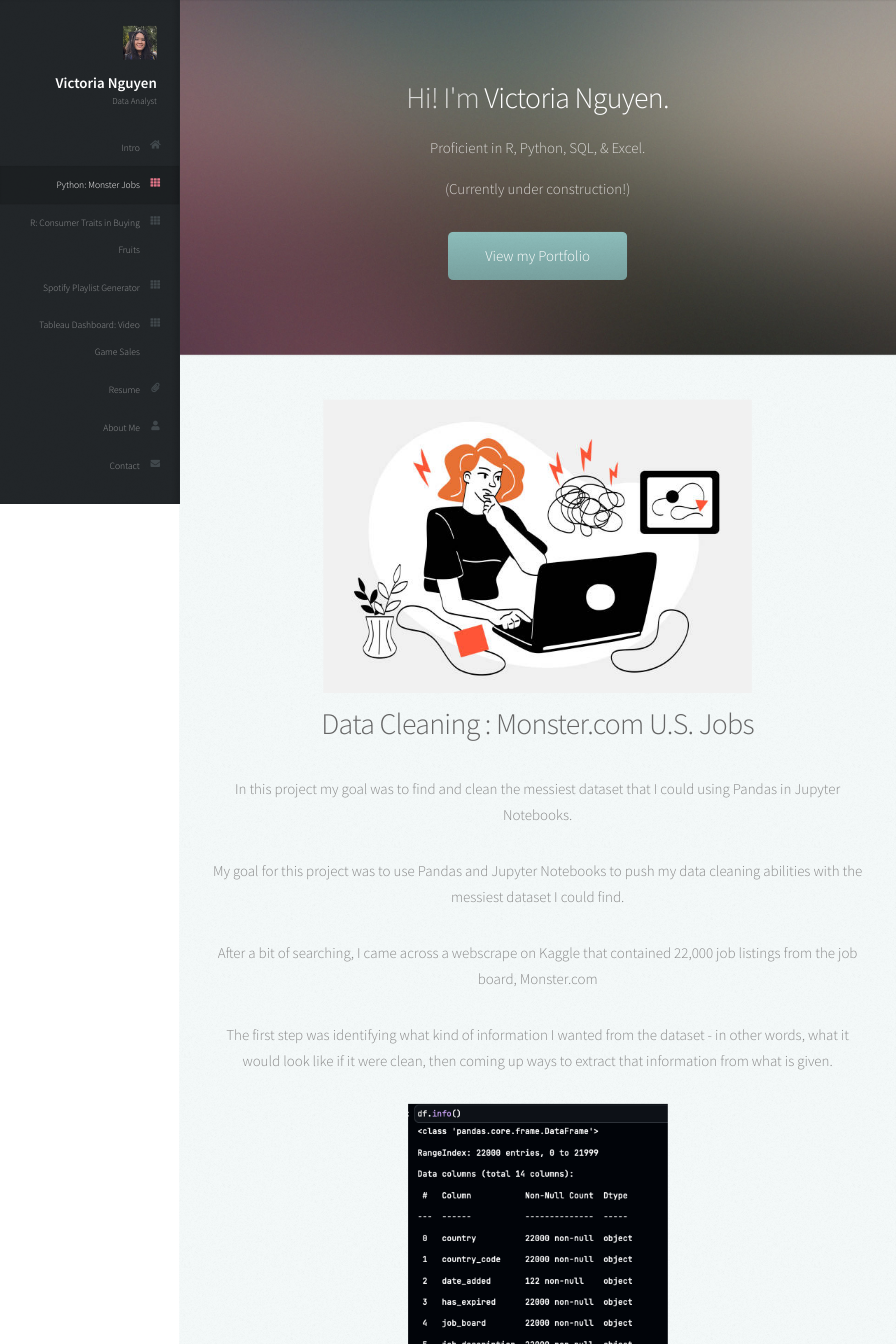
Repository: VictoriaTCNguyen/VictoriaTCNguyen
Page: index.html
The author's editor kept a copy of each file at every save. The page is drawn from the files as they stood at one save, then again after the next save.
The browser window is 1280 px wide. The pictures show the part of the page from y = 0 to 1920 px (the page is 12529 px tall before and 12470 px after), at 70% of full size.

Above is the page before, as saved 2023-06-09 18:05:44.

After the next save:
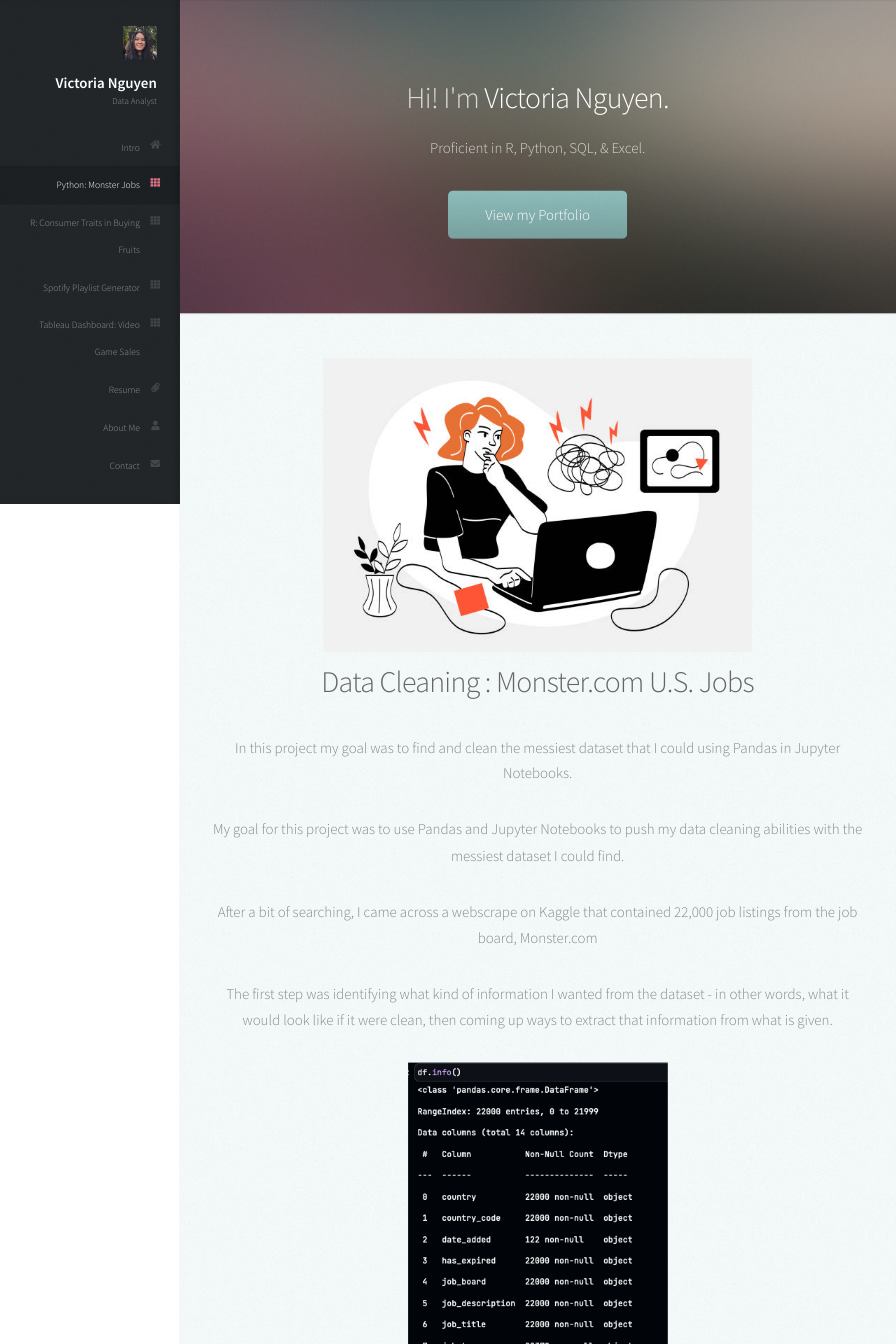
Saved 2 days later.
--- a/index.html
+++ b/index.html
@@ -64,7 +64,6 @@
 							<header>
 								<h2 class="alt">Hi! I'm <strong>Victoria Nguyen.</strong> </h2>
 								<p>Proficient in R, Python, SQL, & Excel.</p>
-								<p>(Currently under construction!)</p>
 							</header>
 
 							<footer>
